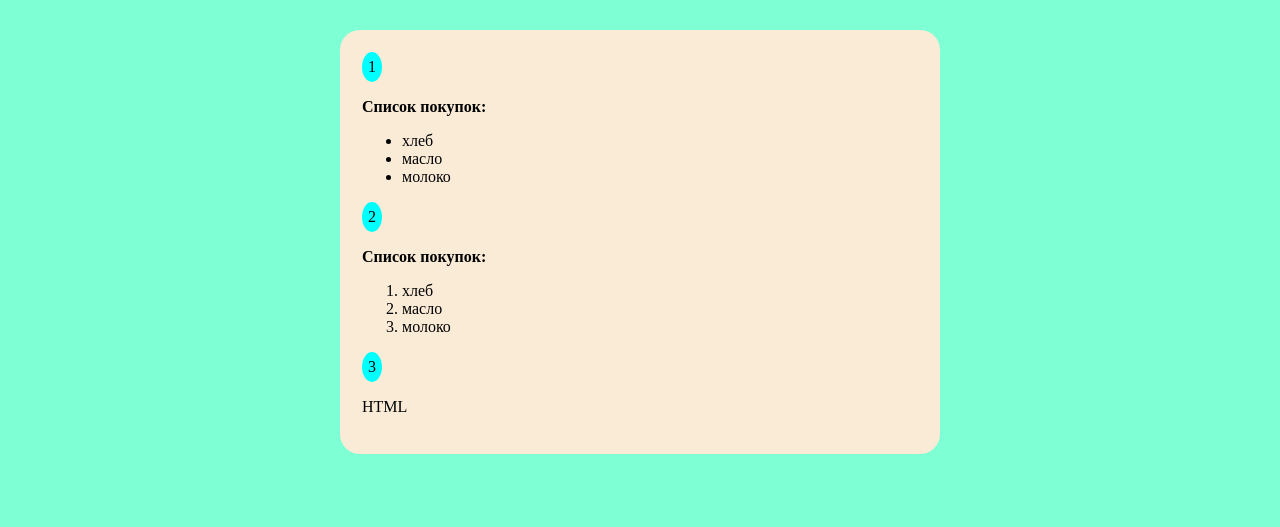
Repository: Savich01/-
Page: html/index.html
These files come from the project's save history. The page is drawn as it stood at one moment and after the next save; the edit follows.
The browser window is 1280 px wide. The pictures show the whole page.

Above is the page before, as saved 2024-05-31 14:34:50.

After the next save:
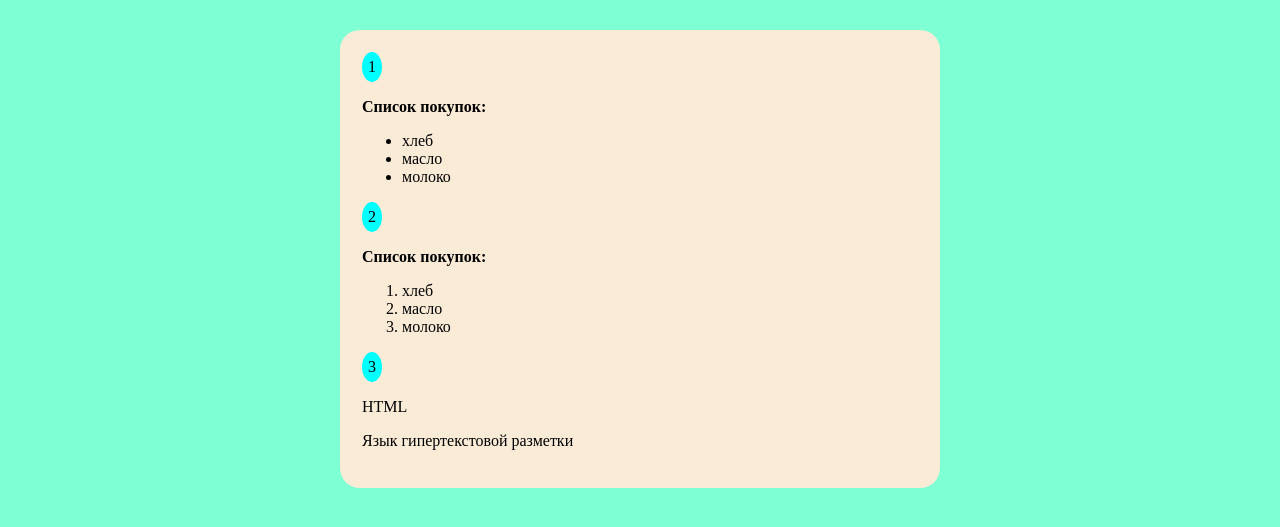
Saved 40 s later.
--- a/html/index.html
+++ b/html/index.html
@@ -38,6 +38,7 @@
                 <p class="text">
                     HTML
                 </p>
+                <p>Язык гипертекстовой разметки</p>
             </section>
         </div>
     </main>
